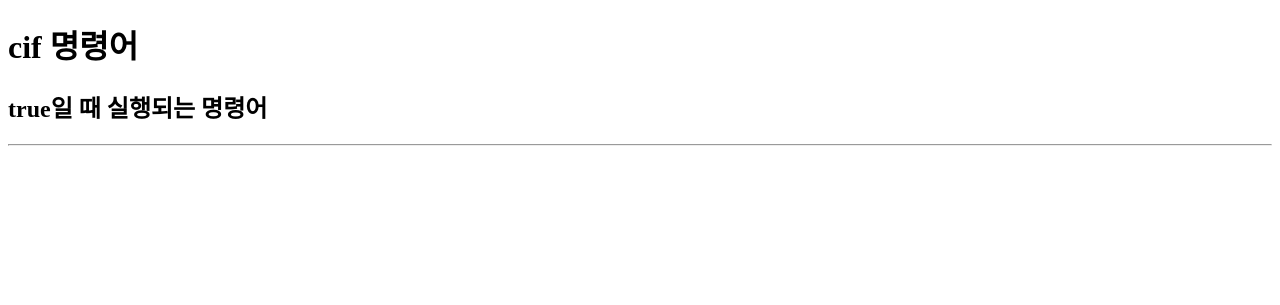
Repository: saeeeem2/2023JSTL
Page: http://localhost/jstl_study/step-1.jsp
These files come from the project's save history. The page is drawn as it stood at one moment and after the next save; the edit follows.
The browser window is 1280 px wide. The pictures show the whole page.
The page is served by Tomcat 9. Other server files are loaded and not shown.

Above is the page before, as saved 2023-11-22 04:18:33.

### jstl_study/src/main/webapp/step-1.jsp
<%@ page language="java" contentType="text/html; charset=UTF-8"
    pageEncoding="UTF-8"%>
    <%@ taglib uri="http://java.sun.com/jsp/jstl/core" prefix="c" %>
<!DOCTYPE html>
<html>
<head>
<meta charset="UTF-8">
<title>Insert title here</title>
</head>
<body>
	<h1>cif 명령어</h1>
	<c:if test="true">
		<h2>true일 때 실행되는 명령어</h2>
	</c:if>

<hr>


</body>
</html>

After the next save:
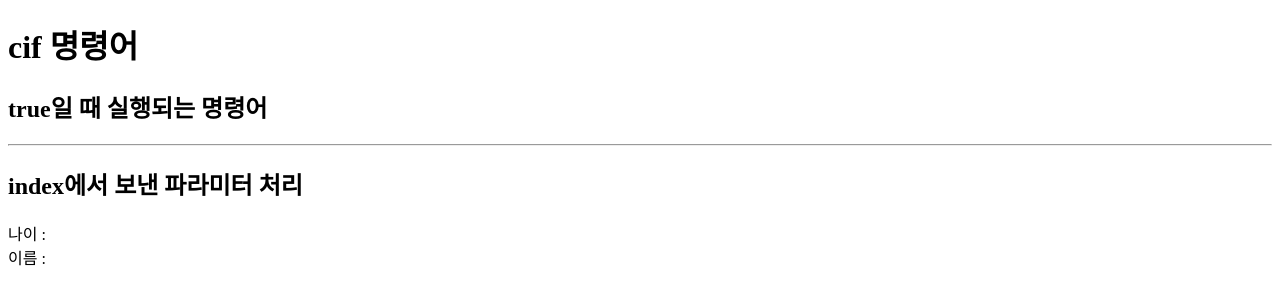
Saved 117 s later.
--- a/jstl_study/src/main/webapp/step-1.jsp
+++ b/jstl_study/src/main/webapp/step-1.jsp
@@ -14,7 +14,11 @@
 	</c:if>
 
 <hr>
+<!-- query String 방식 주소?정보=13&정보 123 파라미터를 보낸다라고 함 -->
 
+<h2>index에서 보낸 파라미터 처리</h2>
+나이 : ${param.age }<br>
+이름 : ${param.name }
 
 </body>
 </html>
